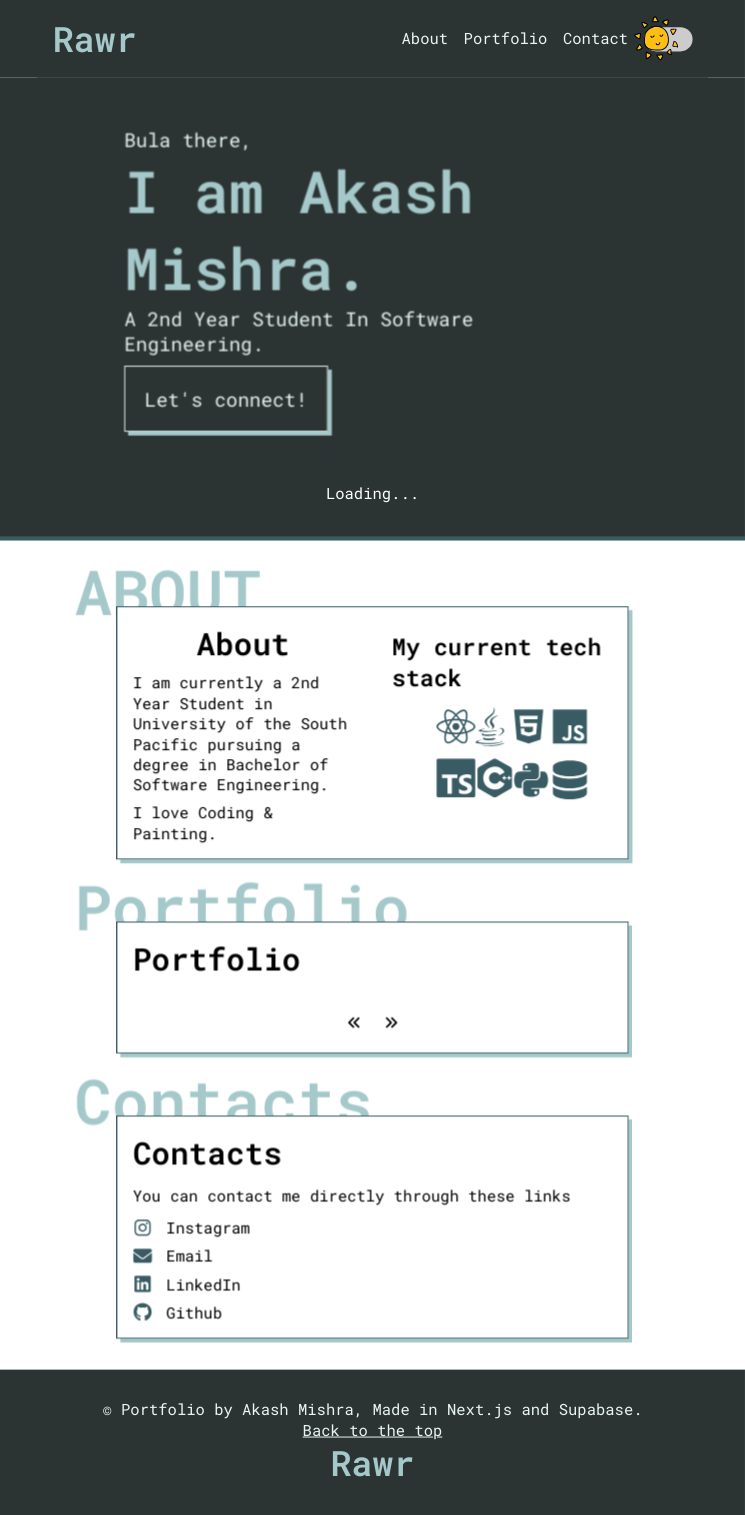
Repository: akashrawr/personal-portfolio
Page: /
An editor plug-in stored every save of this project. The page is shown before and after the next save, followed by the edit.
The browser window is 768 px wide. The pictures show the whole page, at 97% of full size.
The page's requests for data from a server got no answer. The project was rebuilt for these pictures with package versions that can differ from the ones it lists, and the page was loaded fresh each time. The framework's server and built-in components were replaced by stand-ins that run in the browser. No one was signed in, and anything a server would have sent is missing. Also part of the build but not shown: next.config.ts.

Above is the page before, as saved 2025-01-03 20:37:51.

### app/layout.tsx
import type { Metadata } from "next";
import { Geist, Geist_Mono } from "next/font/google";
import "./globals.css";

const geistSans = Geist({
  variable: "--font-geist-sans",
  subsets: ["latin"],
});

const geistMono = Geist_Mono({
  variable: "--font-geist-mono",
  subsets: ["latin"],
});

export const metadata: Metadata = {
  title: "akashrawr",
  description: "Personal Portfolio",
};

export default function RootLayout({
  children,
}: Readonly<{
  children: React.ReactNode;
}>) {
  return (
    <html lang="en" translate="no"> {/* Prevent translation of the entire page */}
      <head>
        <meta charSet="UTF-8" />
        <meta httpEquiv="Content-Language" content="en" /> {/* Explicitly set content language */}
        <meta name="google" content="notranslate" /> {/* Inform Google to not translate */}
        <link rel="icon" href="/rawr.ico" type="image/x-icon" />
        <title>akashrawr</title>
        <meta name="description" content="My Personal Portfolio" />
      </head>
      <body className={`${geistSans.variable} ${geistMono.variable} antialiased`}>
        <div className="notranslate">
          {children}
        </div>
      </body>
    </html>
  );
}

### app/page.tsx
"use client"; // Enables client-side functionality
import React, { useState, useEffect } from "react";
import AOS from "aos";
import "aos/dist/aos.css";
import "./globals.css"; // Import global styles

// Import components
import Header from "./components/Header";
import Hero from "./components/Hero";
import About from "./components/About";
import Portfolio from "./components/Portfolio";
import Contact from "./components/Contact";
import Footer from "./components/Footer";

const Page: React.FC = () => {
  useEffect(() => {
    AOS.init({ once: true, delay: 0 });
  }, []);

  const [isNavVisible, setIsNavVisible] = useState(false);
  const [darkMode, setDarkMode] = useState(false);

  const toggleNav = () => {
    setIsNavVisible(!isNavVisible);
  };

  const toggleDarkMode = () => {
    setDarkMode(!darkMode);
    document.body.classList.toggle("dark-mode", !darkMode);
  };

  return (
    <div>
      <Header
        isNavVisible={isNavVisible}
        toggleNav={toggleNav}
        darkMode={darkMode}
        toggleDarkMode={toggleDarkMode}
      />
      <main>
        <Hero />
        <About />
        <Portfolio />
        <Contact />
      </main>
      <Footer />
    </div>
  );
};

export default Page;

### app/globals.css
@import url("https://fonts.googleapis.com/css2?family=Roboto+Mono:wght@300;400;600&display=swap");

:root {
  --primary-color: #2c3333;
  --secondary-color: #395b64;
  --accent-1: #a5c9ca;
  --accent-2: #e7f6f2;
  --neutral-1: black;
  --neutral-2: white;
  --neutral-3: white;
  --neutral-4: black;
  --icon-1: #395b64;

  --dark-primary-color: #121212;
  --dark-secondary-color: #1f1f1f;
  --dark-accent-1: #6c757d;
  --dark-accent-2: #adb5bd;
  --dark-neutral-1: #ffffff;
  --dark-neutral-2: #121212;
  --dark-neutral-3:#1f1f1f;
  --dark-neutral-4: #938f8f;
  --dark-icon-1: #938f8f;

}

*,
*::after,
*::before {
  margin: 0;
  padding: 0;
  font-family: "Roboto Mono", monospace;
  box-sizing: border-box;


}

html {
  scroll-behavior: smooth;
}

body {
  overflow-x: hidden;
  background-color: var(--neutral-3);
  color: var(--neutral-1);
  font-family: "Roboto Mono", monospace;
}

body.dark-mode {
  --primary-color: var(--dark-primary-color);
  --secondary-color: var(--dark-secondary-color);
  --accent-1: var(--dark-accent-1);
  --accent-2: var(--dark-accent-2);
  --neutral-1: var(--dark-neutral-1);
  --neutral-2: var(--dark-neutral-2);
  --neutral-3: var(--dark-neutral-3);
  --neutral-4: var(--dark-neutral-4);
  --icon-1:var(--dark-icon-1);
}


/* Navbar styles */

header {
  display: flex;
  align-items: center;
  justify-content: center;

  max-width: 100vw;
  background-color: var(--primary-color);
}

a {
  font-size: 14px;
  text-decoration: none;
}

h1 {
  font-family: "Roboto Mono", monospace;
}

.navbar-nav {
  display: flex;
  align-items: center;
  justify-content: space-between;
  background-color: var(--primary-color);
  padding: 1rem;
  width: 90%;
}

.nav-logo {
  grid-column: 1;
}

.nav-logo > h1 {
  font-size: 30px;
  color: var(--accent-1);
}

.primary-nav {
  display: flex;
  list-style: none;
  gap: 16px;

  grid-column: 2;
  justify-self: end;
}

.mobile-nav-toggle {
  display: none;
  cursor: pointer;
}

.nav-link:link,
.nav-link:visited {
  font-size: 16px;
  color: var(--accent-2);

  transition: 300ms ease-in-out;
}

.nav-link:hover {
  font-weight: 600;
  color: var(--accent-1);
}

.user-icon {
  width: 24px;
  height: 24px;
  fill: var(--accent-1);
  transition: fill 0.3s ease;
}

.user-icon:hover {
  fill: var(--accent-1);
}

/* Dark mode toggle button */
.theme-toggle {
  background: none;
  border: none;
  cursor: pointer;
  padding: 8px;
  display: flex;
  align-items: center;
}

.nav-icons {
  --size: 30px;
  width: var(--size);
  aspect-ratio: 1;
  cursor: pointer;
}



@media only screen and (max-width: 35em) {
  .primary-nav {
    position: fixed;
    top: 0;
    right: 0;
    bottom: 0;
    width: 125px;

    flex-direction: column;
    padding: min(15vh, 3rem) 1rem;
    background-color: var(--primary-color);
    border-left: 2px solid rgb(111, 111, 111); /* Add this line for the left border */

    z-index: 9999;

    transform: translateX(100%);
    transition: transform 350ms ease-out;
  }


  .nav-link:link,
  .nav-link:visited {
    font-size: 15px;
    color: var(--accent-1);
  }

  .primary-nav[data-visible="true"] {
    transform: translateX(0%);
  }

  .mobile-nav-toggle[aria-expanded="true"] {
    background: url('data:[embedded picture, 416 characters]') center center no-repeat;
  }

  .mobile-nav-toggle {
    display: block;
    position: absolute;
    background: url('data:[embedded picture, 417 characters]') center center no-repeat;

    width: 1.25rem;
    aspect-ratio: 1;

    border: none;

    top: 1.4rem;
    right: 2.5rem;
    z-index: 10000;

    transition: 250ms ease-in-out;
  }
}

/* Section styles */

section {
  display: flex;
  align-items: center;
  justify-content: center;

  max-width: 100vw;
  position: relative;
}

/* HERO SECTION */
#hero {
  background-color: var(--primary-color);
  border-bottom: 4px solid var(--icon-1);
  padding: 2.2rem;
}

/* Main container for text and image */
.hero-main-container {
  display: flex;
  flex-wrap: wrap;
  align-items: center;
  justify-content: space-between;
  gap: 16px;
}

/* Text Container */
.hero-container {
  flex: 1;
  display: flex;
  flex-direction: column;
  gap: 16px;
  padding: 2.2rem;
  width: 90%;
  height: 350px;
  animation: fade-in 500ms linear forwards;
}

.hero-text-container > h2 {
  font-size: 28px;
  color: var(--accent-1);
}

.hero-text-container > p {
  font-size: 12px;
  color: var(--accent-2);
}

.hero-button {
  align-self: flex-start;

  font-size: 14px;
  padding: 1em;

  color: var(--accent-2);
  background-color: transparent;

  border: 1px solid var(--accent-2);
  box-shadow: 4px 4px 0px var(--accent-1);

  transition: 300ms ease-in-out;
}

.hero-button:hover {
  background-color: var(--accent-2);
  color: var(--primary-color);
  box-shadow: 6px 6px 0px var(--secondary-color);
}

/* Image Container */
.hero-img {
  flex: 1;
  display: flex;
  justify-content: center;
  align-items: center;
}

.hero-image {
  max-width: 50%;
  height: auto;
  border-radius: 10px;
  box-shadow: 0 4px 8px rgba(0, 0, 0, 0.1);
  border: 1px solid var(--secondary-color);
  background-color: var(--neutral-2);
  box-shadow: 4px 4px 0px var(--accent-1);
}

.hero-img p{
color:white;
}


/* Responsive Styles */
@media screen and (max-width: 768px) {
  .hero-main-container {
    flex-direction: column;
  }
  .hero-img {
    margin-top: 20px;
  }
  .hero-container, .hero-image {
    max-width: 80%;
    height: auto;
    gap: 10px;
    padding: 1rem;
  }
  .hero-text-container {
    text-align: left;
    max-width: 100%;
  }


}
.hero-text-container > h2 {
  font-size: 24px;
  color: var(--accent-1);
}
.hero-text-container > p {
  font-size: 14px;
}
.project-card > h3 {
  font-size: 12px;
  color: var(--secondary-color);
}

/* ABOUT */

#about {
  padding: 2rem;
  margin-top: 36px;
  animation: fade-in 500ms linear forwards;

}

.wave-asset {
  width: 100%;
  position: absolute;

  top: 0;
  left: 0;
}

.about-container {
  display: flex;
  align-items: center;
  justify-content: center;
  background-color: var(--neutral-2);
  width: 90%;
  z-index: 999;
}

.about-card,
.portfolio-card,
.contact-card {
  display: flex;
  flex-direction: column;
  gap: 16px;
  border: 1px solid var(--secondary-color);
  background-color: var(--neutral-2);

  width: 100%;
  padding: 1rem;

  box-shadow: 4px 4px 0px var(--accent-1);
}

.about-content,
.portfolio-content {
  width: 100%;
  display: flex;
  flex-direction: column;
  gap: 8px;
}

.about-content > h2,
.about-content > h3 {
  color: var(--neutral-4);
}

.about-content > p {
  font-size: 12px;
  color: var(--neutral-4);
}

.tech-stack-grid {
  width: 65%;
  display: grid;
  grid-template-columns: repeat(4, 1fr);
  place-items: center;
}

.tech-stack {
  --size: 30px;
  width: var(--size);
  aspect-ratio: 1;
}

/* Portfolio container */

#portfolio {
  padding: 2rem;
  animation: fade-in 500ms linear forwards;
}

.portfolio-container {
  width: 90%;
  z-index: 999;
}

.project-container {
  display: grid;
  grid-template-columns: repeat(2, 1fr);
  gap: 16px;
}

.portfolio-content > h2 {
  color: var(--neutral-4);
}

.project-card {
  display: flex;
  flex-direction: column;
  gap: 4px;

  padding: 1rem;
  border-radius: 8px;
  border: 1px solid var(--accent-1);
}

.project-card > h3 {
  color: var(--neutral-4);
}

.project-card > h5 {
  color: var(--neutral-4);
  opacity: 0.5;
}

.project-card > p {
  font-size: 12px;
  width: 100%;
  display: -webkit-box;
  -webkit-box-orient: vertical;
  -webkit-line-clamp: 3;
  overflow: hidden;
  color: var(--neutral-4);
}

.project-img {
  width: 100%;
  aspect-ratio: 16/9;
}

.project-card-links {
  align-self: flex-end;

  margin-top: 10px;
  display: flex;
  align-items: center;
  gap: 12px;
}

.project-icons {
  --size: 20px;
  width: var(--size);
  aspect-ratio: 1;
}

.project-card-links > a {
  display: flex;
  align-items: center;
  color: var(--neutral-4);
  font-size: 10px;
  gap: 4px;
}

.project-card-links > a:link,
.project-card-links > a:visited {

  color: var(--neutral-4);
}

.project-card-links > a:hover {
  font-weight: 600;
  color: var(--accent-1);
}

/* CONTACT */
#contact {
  padding: 2rem;
  animation: fade-in 500ms linear forwards;
}

.contact-container {
  width: 90%;
  z-index: 999;
}

.contact-card {
  width: 100%;
  gap: 12px;
}
.contact-card > h2 {
    color: var(--neutral-4);
}

.contact-card > p {
  font-size: 12px;
  color: var(--neutral-4);
}

.contact-links {
  display: flex;
  flex-direction: column;
  gap: 8px;
}

.contact-links > a {
  display: flex;
  align-items: center;
  gap: 8px;
}

.contact-links > a:link,
.contact-links > a:visited {
  color: var(--neutral-4);
}

.contact-links > a:hover {
  font-weight: 600;
  color: var(--accent-1);
}
.contact-icons {
  --size: 20px;
  width: var(--size);
  aspect-ratio: 1;
}

/* extras */
.section-highlight {
  font-size: 4rem;
  font-weight: 600;
  opacity: 0.5;
  color: var(--accent-1);

  position: absolute;
  top: 0;
  left: 100px;
}

/* footer */
footer {
  display: flex;
  align-items: center;
  justify-content: center;
  color: var(--accent-2);
  max-width: 100vw;
  background-color: var(--primary-color);
  min-height: 150px;
}

.footer-content {
  text-align: center;
  font-size: 12px;
  width: 90%;

  color: var(--accent-2);
}

.footer-content > p {
  text-decoration: underline;
}

.footer-content > a {
  text-decoration: underline;
}

.footer-content > a:link,
.footer-content > a:visited {
  color: var(--accent-2);
}

.footer-content > a:hover {
  color: var(--accent-1);
}
/* media queries */

@media only screen and (max-width: 35em) {
  .hero-container {
    padding: 1rem;
    height: 200px;
  }
  .project-container {
    grid-template-columns: 1fr;
  }
  .tech-stack-grid {
    width: 100%;
  }
  .section-highlight {
    font-size: 3.5rem;
    top: -16px;
    left: 6vw;
  }
}

@media only screen and (min-width: 35em) {
  .hero-container {
    height: 250px;
  }
  .about-container,
  .portfolio-container,
  .contact-container {
    width: 75%;
  }

  .about-card,
  .portfolio-card {
    align-items: center;
    justify-content: center;
    flex-direction: row;
    gap: 20px;
  }

  .section-highlight {
    top: -26px;
    left: 10vw;
  }
}

@media only screen and (min-width: 768px) {
  .nav-logo > h1 {
    font-size: 36px;
  }

  /* hero */
  .hero-container {
    height: 350px;
  }

  .hero-text-container > p {
    font-size: 20px;
  }

  .hero-text-container > h2 {
    font-size: 60px;
  }

  .hero-button {
    font-size: 20px;
  }

  /* about */
  .about-card {
    gap: 40px;
  }

  .about-content > h2 {
    font-size: 32px;
  }

  .about-content > h3 {
    font-size: 24px;
  }

  .about-content > p {
    font-size: 16px;
  }

  .tech-stack-section {
    align-self: flex-start;
    margin-top: 8px;
  }

  .tech-stack {
    --size: 40px;
    width: var(--size);
    aspect-ratio: 1;
  }

  /* portfolio */
  .portfolio-content > h2 {
    font-size: 32px;
  }

  .project-card > h3 {
    font-size: 24px;
  }

  .project-card > h5,
  .project-card > p {
    font-size: 16px;
  }

  .project-card-links > a {
    font-size: 16px;
  }

  /* contacts */
  .contact-card > h2 {
    font-size: 32px;
  }

  .contact-card > p {
    font-size: 16px;
  }

  .contact-links > a {
    font-size: 16px;
  }
  .footer-content,
  .footer-content > a {
    font-size: 16px;
  }
}

@media only screen and (min-width: 1024px) {
  .section-highlight {
    top: -26px;
    left: 10vw;
  }
}

@keyframes fade-in {
  0% {
    opacity: 0;
  }
  100% {
    opacity: 1;
  }
}

/* Adjust specific sections as needed for React-specific behaviors */
.primary-nav.visible {
  transform: translateX(0%);
}

/* The switch - the box around the slider */
.switch {
  position: relative;
  display: inline-block;
  width: 50px;
  height: 25px;
}

/* Hide default HTML checkbox */
.switch input {
  opacity: 0;
  width: 0;
  height: 0;
}

/* The slider */
.slider {
  position: absolute;
  cursor: pointer;
  top: 0;
  left: 0;
  right: 0;
  bottom: 0;
  background-color: #ccc;
  -webkit-transition: .4s;
  transition: .4s;
  border-radius: 25px; /* Rounded edges for the slider */
  display: flex;

  align-items: center;
}

/* Adjust the icon size to 48x48 pixels */
.slider .icon {
  position: absolute;
  width: 48px;
  height: 48px;
  transition: .4s;
}

/* When the input is checked (dark mode is on) */
input:checked + .slider {
  background-color: #3e4346; /* Change background color on check */
}

input:focus + .slider {
  box-shadow: 0 0 1px #2196F3;
}

/* Move the icons when the input is checked (dark mode) */
input:checked + .slider .icon {
  transform: translateX(20px); /* Move the icon to the right */
}

/* Default state (light mode) */
input:not(:checked) + .slider .icon {
  transform: translateX(-15px) translateY(-2px); /* Icon remains in the default position */
  width: 52px; /* Further reduced icon size for very small screens */
  height: 52px; /* Further reduced icon size for very small screens */
}

.about-icon {
  color: var(--icon-1); /* Change to any shade of blue you prefer */
  font-size: 3rem; /* Adjust size as needed */
  margin: 0.5rem;
}

.project-icons {
  margin-right: 0.5rem; /* Space between icon and text */
  font-size: 1.5rem; /* Adjust icon size */
  color: inherit; /* Match the color of the link */
}

.contact-icons {
  margin-right: 0.5rem; /* Space between icon and text */
  font-size: 1.5rem; /* Adjust icon size */
  color: var(--icon-1);
}

/* Responsive Adjustments */
@media (max-width: 768px) {
  .about-icon {
    font-size: 2.5rem; /* Slightly smaller on smaller devices */
    margin: 0.4rem;
  }

  .project-icons {
    font-size: 1.2rem; /* Smaller icon size on smaller screens */
    margin-right: 0.4rem;
  }

  .contact-icons {
    font-size: 1.2rem; /* Smaller icon size on smaller screens */
    margin-right: 0.4rem;
  }
}

@media (max-width: 480px) {
  .about-icon {
    font-size: 2rem; /* Even smaller on very small devices */
    margin: 0.3rem;
  }

  .project-icons {
    font-size: 1rem; /* Further reduced icon size for very small screens */
    margin-right: 0.3rem;
  }

  .contact-icons {
    font-size: 1rem; /* Further reduced icon size for very small screens */
    margin-right: 0.3rem;
  }
}

.pagination {
  display: flex;
  justify-content: center;
  align-items: center;
  margin-top: 1rem;
}

.pagination a {
  color: var(--neutral-4);
  padding: 8px 16px;
  text-decoration: none;
}

.pagination a.active {
  background-color: #395b64;
  color: white;
}

.pagination a:disabled {
  color: grey;
  pointer-events: none;
}

/* Responsive Adjustments */
@media (max-width: 768px) {
  .pagination a {
    padding: 6px 12px; /* Smaller padding for smaller screens */
    font-size: 0.9rem; /* Slightly smaller font size */
  }

  .pagination {
    margin-top: 0.75rem; /* Adjust margin top for smaller screens */
  }
}

@media (max-width: 480px) {
  .pagination a {
    padding: 4px 8px; /* Even smaller padding for very small screens */
    font-size: 0.8rem; /* Smaller font size for very small screens */
  }

  .pagination {
    margin-top: 0.5rem; /* Adjust margin top for very small screens */
  }
}

### app/components/Hero.tsx
import React, { useEffect, useState } from 'react';
import supabase from '../utils/supabaseClient';  // Adjust path if in 'utils'
import Image from 'next/image';  // Import Image from next/image

function Hero() {
  const [heroImage, setHeroImage] = useState<string | null>(null);

  useEffect(() => {
    const fetchHeroImage = async () => {
      const { data, error } = await supabase
        .from('hero')  // Table name is 'hero'
        .select('image_path')        // Only selecting 'image_path' column
        .limit(1);                   // Limiting to only one result (first row)

      if (error) {
        console.error('Error fetching hero image:', error);
      } else {
        setHeroImage(data?.[0]?.image_path || null);
      }
    };

    fetchHeroImage();
  }, [supabase]); // Including 'supabase' as a dependency

  return (
    <section id="hero">
      <div className="hero-main-container">
        {/* Text and Button Container */}
        <div className="hero-container">
          <div className="hero-text-container" data-aos="fade-up">
            <p>Bula there,</p>
            <h2>I am Akash Mishra.</h2>
            <p>A 2nd Year Student In Software Engineering.</p>
          </div>
          <a href="#contact" className="hero-button" data-aos="fade-up">
            Let&apos;s connect!
          </a>
        </div>

        {/* Image Container */}
        <div className="hero-img" data-aos="fade-up">
          {heroImage ? (
            <Image
              className="hero-image"
              src={heroImage}
              alt="Akash"
              layout="responsive"
              width={500}
              height={500}
            />
          ) : (
            <p>Loading...</p>
          )}
        </div>
      </div>
    </section>
  );
}

export default Hero;

### app/components/Contact.tsx
import React from "react";
import { FontAwesomeIcon } from "@fortawesome/react-fontawesome";
import { faInstagram, faGithub, faLinkedin } from "@fortawesome/free-brands-svg-icons";
import { faEnvelope } from "@fortawesome/free-solid-svg-icons";

const Contact: React.FC = () => {
  return (
    <section id="contact">
      <h2 className="section-highlight" data-aos="fade-up">
        Contacts
      </h2>
      <div className="contact-container" data-aos="fade-up">
        <div className="contact-card">
          <h2>Contacts</h2>
          <p>You can contact me directly through these links</p>

          <div className="contact-links">
            <a href="https://www.instagram.com/_acnologxa" className="contact-link">
              <FontAwesomeIcon icon={faInstagram} className="contact-icons" />
              Instagram
            </a>

            <a href="mailto:akashkm553@gmail.com" className="contact-link">
              <FontAwesomeIcon icon={faEnvelope} className="contact-icons" />
              Email
            </a>

            <a href="https://www.linkedin.com/in/akashmishra-rawr" className="contact-link">
              <FontAwesomeIcon icon={faLinkedin} className="contact-icons" />
              LinkedIn
            </a>

            <a href="https://github.com/akashrawr" className="contact-link">
              <FontAwesomeIcon icon={faGithub} className="contact-icons" />
              Github
            </a>
          </div>
        </div>
      </div>
    </section>
  );
};

export default Contact;

### app/components/Footer.tsx
import React from 'react';

const Footer: React.FC = () => {
  return (
    <footer>
      <div className="footer-content">
        © Portfolio by Akash Mishra, Made in Next.js and Supabase. <br />
        <a href="#hero">Back to the top</a>
        <div className="nav-logo">
          <h1>Rawr</h1>
        </div>
      </div>
    </footer>
  );
};

export default Footer;

### app/utils/supabaseClient.ts
import { createClient } from '@supabase/supabase-js';

// Fetch environment variables
const supabaseUrl = process.env.NEXT_PUBLIC_SUPABASE_URL || '';
const supabaseKey = process.env.NEXT_PUBLIC_SUPABASE_KEY || '';

// Initialize the Supabase client
const supabase = createClient(supabaseUrl, supabaseKey);

export default supabase;

Loaded but not shown: app/components/Header.tsx (89 lines, source omitted); app/components/Portfolio.tsx (139 lines, source omitted); app/components/About.tsx (59 lines, source omitted)

After the next save:
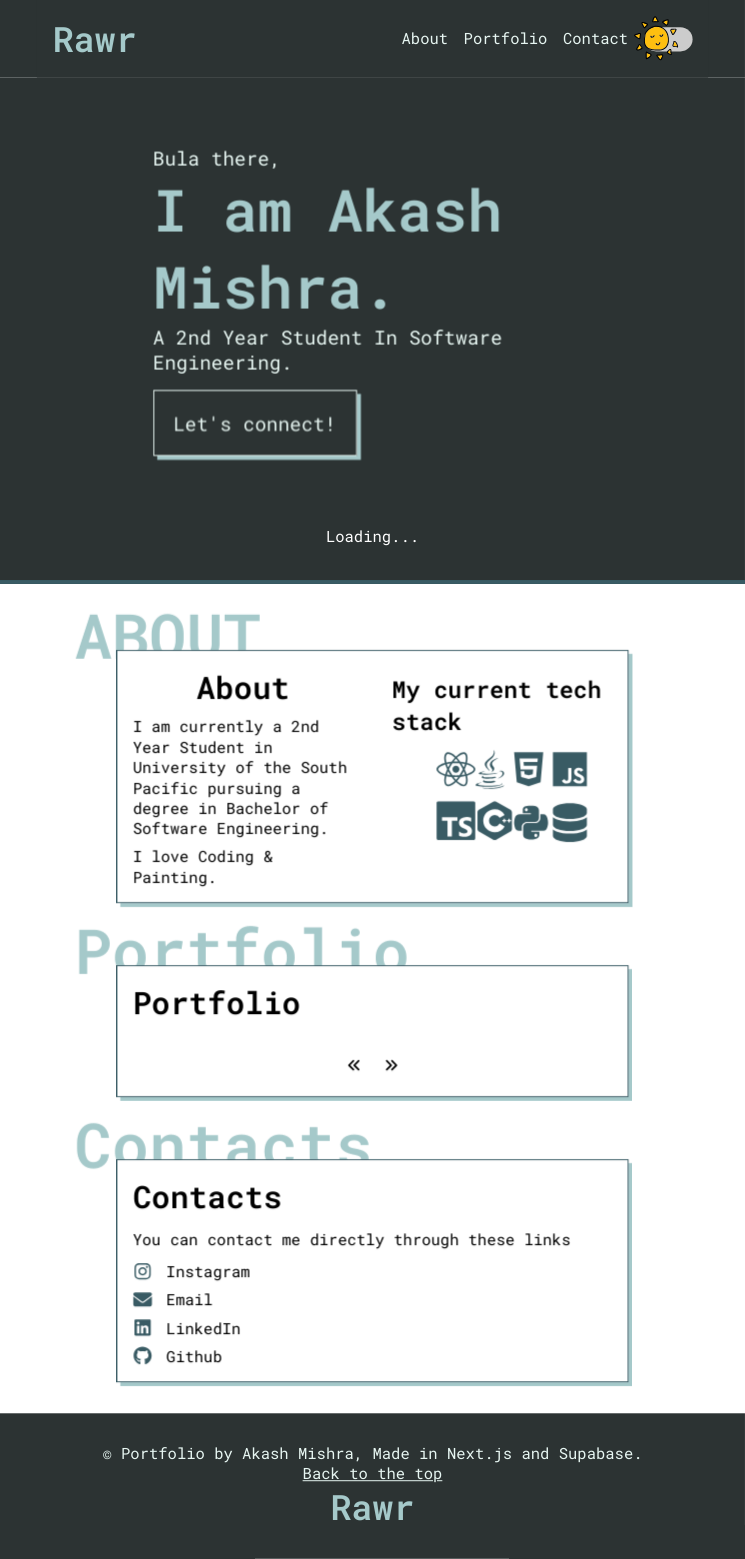
Saved 9 s later.
--- a/app/globals.css
+++ b/app/globals.css
@@ -307,24 +307,21 @@ color:white;
     margin-top: 20px;
   }
   .hero-container, .hero-image {
-    max-width: 80%;
+    max-width: 75%;
     height: auto;
-    gap: 10px;
-    padding: 1rem;
   }
   .hero-text-container {
     text-align: left;
-    max-width: 100%;
   }
 
 
 }
 .hero-text-container > h2 {
-  font-size: 24px;
+  font-size: 30px;
   color: var(--accent-1);
 }
 .hero-text-container > p {
-  font-size: 14px;
+  font-size: 16px;
 }
 .project-card > h3 {
   font-size: 12px;
